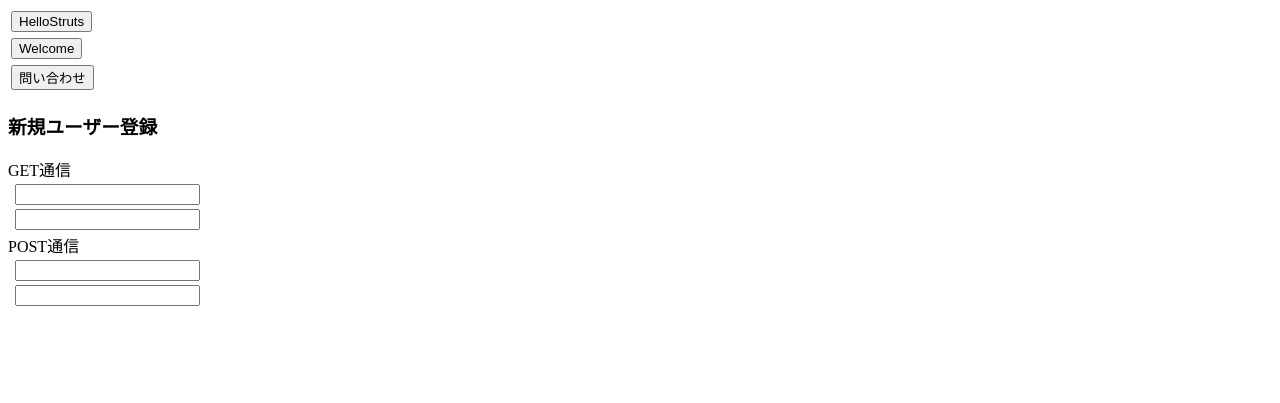
Repository: maifujii/test
Page: http://localhost/WebProj2/
An editor plug-in stored every save of this project. The page is shown before and after the next save, followed by the edit.
The browser window is 1280 px wide. The pictures show the whole page.
The page is served by Tomcat 9. Other server files are loaded and not shown.

Above is the page before, as saved 2018-07-23 11:28:11.

### WebProj2/WebContent/index.jsp
<%@ page language="java" contentType="text/html; charset=UTF-8"
    pageEncoding="UTF-8"%>
    <%@ taglib prefix="s" uri="/struts-tags" %>
<!DOCTYPE html>
<html>
<head>
<meta charset="UTF-8">
<title>Index</title>
</head>
<body>
	<s:form action="HelloStrutsAction">
	<s:submit value="HelloStruts"/>
	</s:form>

	<s:form action="WelcomeAction">
	<s:submit value="Welcome"/>
	</s:form>

	<s:form action="InquiryAction">
	<s:submit value="問い合わせ"/>
	</s:form>

<h3>新規ユーザー登録</h3>
GET通信
<s:form method="get" action="TestAction">
<s:textfield name="username"/>
<s:password name="password"/>
<s;submit value="送信"/>
</s:form>
POST通信
<s:form method="post" action="TestAction">
<s:textfield name="username"/>
<s:password name="password"/>
<s;submit value="送信"/>
</s:form>

</body>
</html>

After the next save:
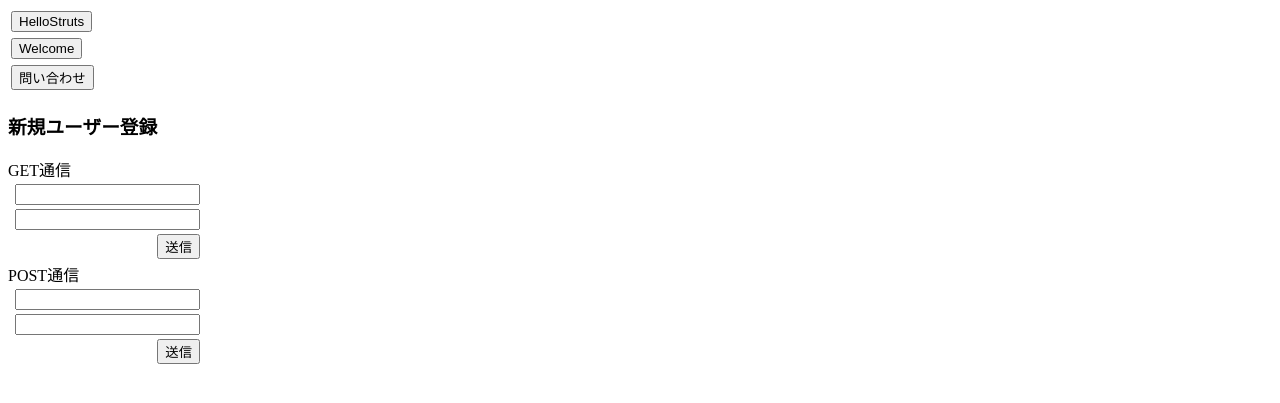
Saved 2 min 14 s later.
--- a/WebProj2/WebContent/index.jsp
+++ b/WebProj2/WebContent/index.jsp
@@ -25,13 +25,13 @@
 <s:form method="get" action="TestAction">
 <s:textfield name="username"/>
 <s:password name="password"/>
-<s;submit value="送信"/>
+<s:submit value="送信"/>
 </s:form>
 POST通信
 <s:form method="post" action="TestAction">
 <s:textfield name="username"/>
 <s:password name="password"/>
-<s;submit value="送信"/>
+<s:submit value="送信"/>
 </s:form>
 
 </body>
